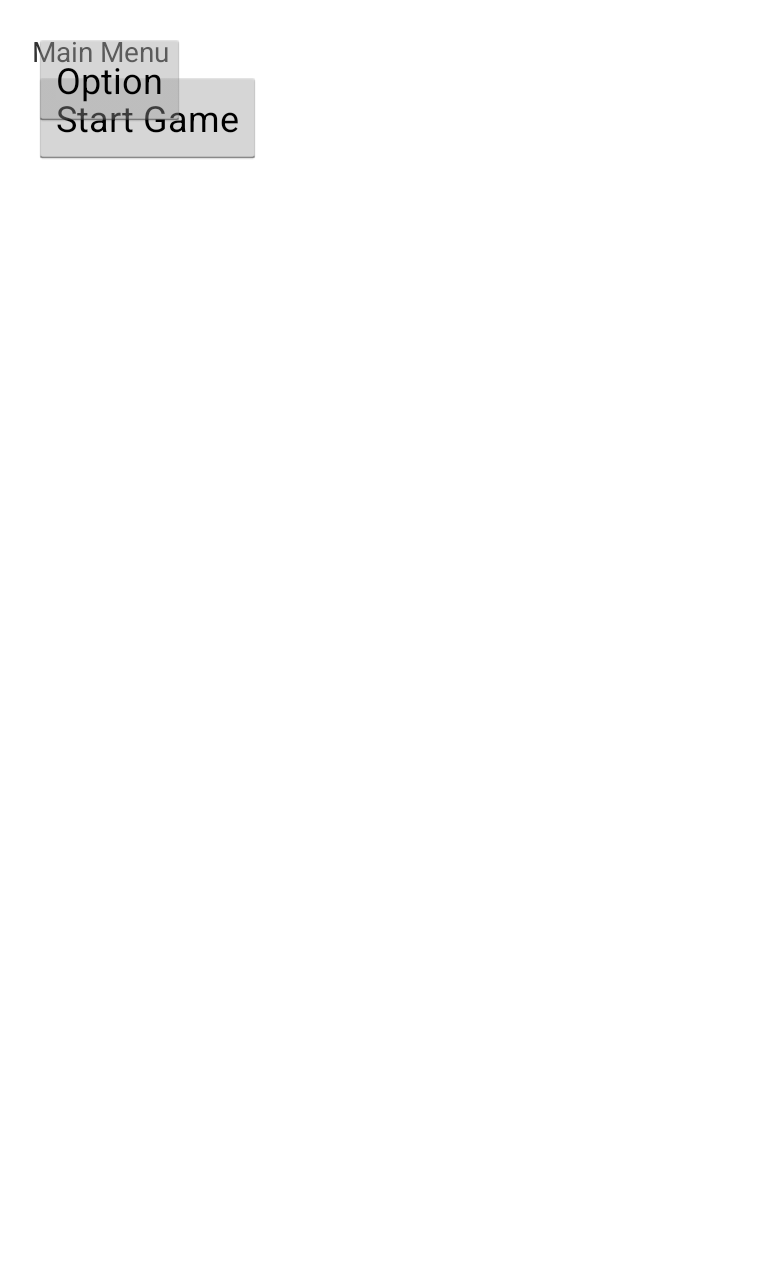
Repository: jtrobinson/Anxiety2015
Layout: Anxiety/res/layout/act_main_menu.xml
These files come from the project's save history. The layout is drawn as it stood at one moment and after the next save; the edit follows.
It is drawn on a 768 x 1280 px phone screen (xhdpi) without system bars, with theme AppTheme; the app's code is not run.

Above is the layout before, as saved 2014-12-31 20:28:49.

### Anxiety/res/layout/act_main_menu.xml
<RelativeLayout xmlns:android="http://schemas.android.com/apk/res/android"
    xmlns:tools="http://schemas.android.com/tools"
    android:layout_width="match_parent"
    android:layout_height="match_parent"
    android:paddingBottom="@dimen/activity_vertical_margin"
    android:paddingLeft="@dimen/activity_horizontal_margin"
    android:paddingRight="@dimen/activity_horizontal_margin"
    android:paddingTop="@dimen/activity_vertical_margin"
    tools:context="zesty.squid.anxiety.ActMainMenu" >

    <TextView
        android:id="@+id/textView1"
        android:layout_width="wrap_content"
        android:layout_height="wrap_content"
        android:text="@string/MainMenu" />

    <Button
        android:id="@+id/btnStartGame"
        android:layout_width="wrap_content"
        android:layout_height="wrap_content"
        android:layout_alignLeft="@+id/textView1"
        android:layout_below="@+id/textView1"
        android:text="@string/StartGame" />

    <Button
        android:id="@+id/btnOptions"
        android:layout_width="wrap_content"
        android:layout_height="wrap_content"
        android:layout_alignLeft="@+id/button1"
        android:layout_below="@+id/button1"
        android:text="@string/Options" />

</RelativeLayout>

### Anxiety/res/values/strings.xml
<?xml version="1.0" encoding="utf-8"?>
<resources>

    <string name="app_name">Anxiety</string>
    <string name="hello_world">Hello world!</string>
    <string name="action_settings">Settings</string>
    <string name="title_activity_act_main_menu">ActMainMenu</string>

    <!-- Main Menu -->
    <string name="MainMenu">Main Menu</string>
    <string name="StartGame">Start Game</string>
    <string name="Options">Option</string>

</resources>

Loaded but not shown: Anxiety/res/values/styles.xml (common file); Anxiety/res/values-v11/styles.xml (common file); Anxiety/res/values-v14/styles.xml (common file); Anxiety/res/values/dimens.xml (common file); Anxiety/res/values-w820dp/dimens.xml (common file)

After the next save:
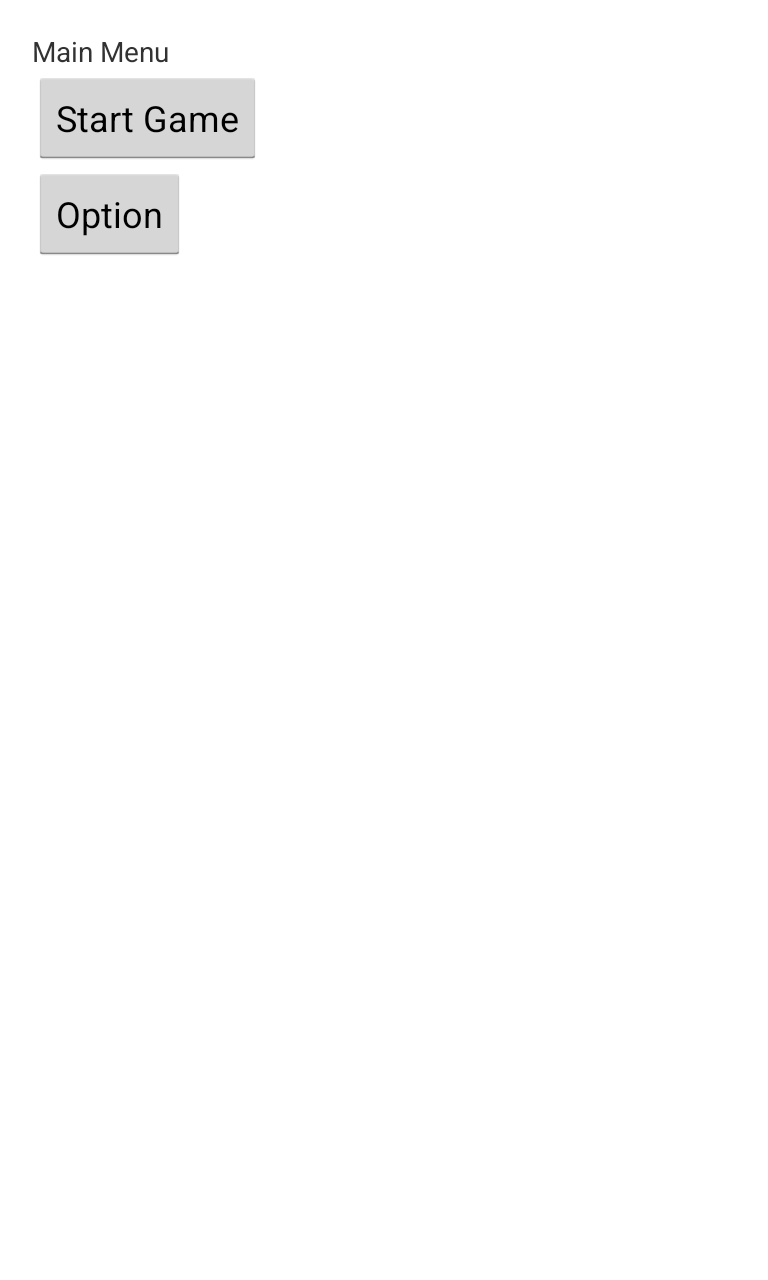
Saved 9 s later.
--- a/Anxiety/res/layout/act_main_menu.xml
+++ b/Anxiety/res/layout/act_main_menu.xml
@@ -26,8 +26,8 @@
         android:id="@+id/btnOptions"
         android:layout_width="wrap_content"
         android:layout_height="wrap_content"
-        android:layout_alignLeft="@+id/button1"
-        android:layout_below="@+id/button1"
+        android:layout_alignLeft="@+id/btnStartGame"
+        android:layout_below="@+id/btnStartGame"
         android:text="@string/Options" />
 
 </RelativeLayout>
